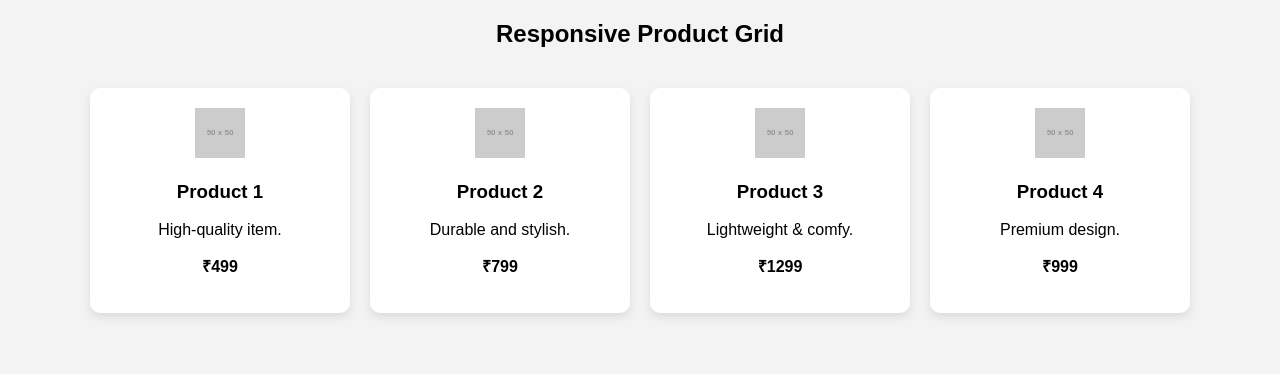
Repository: Glory998/ELCE1-32
Page: experiment9.html
An editor plug-in stored every save of this project. The page is shown before and after the next save, followed by the edit.
The browser window is 1280 px wide. The pictures show the whole page.

Above is the page before, as saved 2025-12-09 02:24:05.

After the next save:
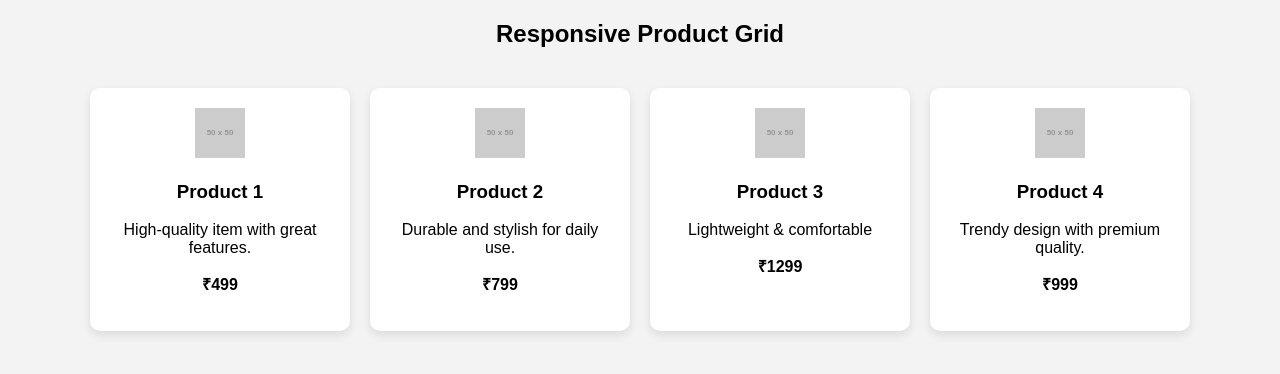
Saved 3 min 29 s later.
--- a/experiment9.html
+++ b/experiment9.html
@@ -45,28 +45,28 @@ h2{text-align:center; margin:20px 0;}
   <div class="card">
     <img src="https://via.placeholder.com/50">
     <h3>Product 1</h3>
-    <p>High-quality item.</p>
+    <p>High-quality item with great features.</p>
     <p class="price">₹499</p>
   </div>
 
   <div class="card">
     <img src="https://via.placeholder.com/50">
     <h3>Product 2</h3>
-    <p>Durable and stylish.</p>
+    <p>Durable and stylish for daily use.</p>
     <p class="price">₹799</p>
   </div>
 
   <div class="card">
     <img src="https://via.placeholder.com/50">
     <h3>Product 3</h3>
-    <p>Lightweight & comfy.</p>
+    <p>Lightweight & comfortable</p>
     <p class="price">₹1299</p>
   </div>
 
   <div class="card">
     <img src="https://via.placeholder.com/50">
     <h3>Product 4</h3>
-    <p>Premium design.</p>
+    <p>Trendy design with premium quality.</p>
     <p class="price">₹999</p>
   </div>
 </div>
